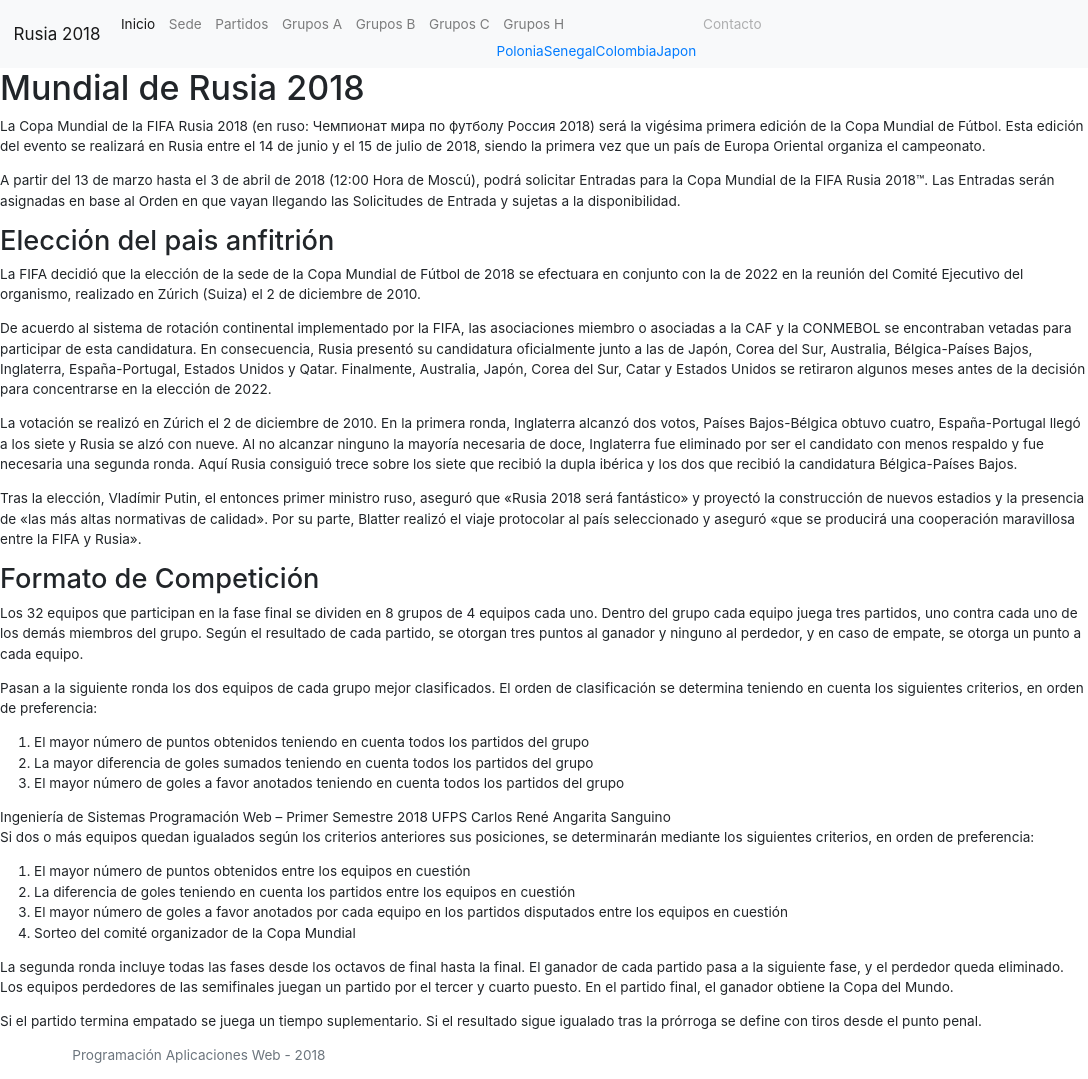
Repository: AndreyRi13/PracticaBootstrap
Page: index.html
An editor plug-in stored every save of this project. The page is shown before and after a run of saves, followed by the edit.
The browser window is 1280 px wide. The pictures show the whole page, at 85% of full size.

Above is the page before, as saved 2020-09-24 16:35:50.
Console error (its wording comes from the project's code and is left out).

### index.html
<!DOCTYPE html>
<html lang="en">
<head>
    <meta charset="UTF-8">
    <meta name="viewport" content="width=device-width, initial-scale=1.0">
    <link rel="stylesheet" href="https://stackpath.bootstrapcdn.com/bootstrap/4.5.2/css/bootstrap.min.css" integrity="sha384-JcKb8q3iqJ61gNV9KGb8thSsNjpSL0n8PARn9HuZOnIxN0hoP+VmmDGMN5t9UJ0Z" crossorigin="anonymous">
   <link rel="stylesheet" href="https://stackpath.bootstrapcdn.com/bootstrap/4.5.2/css/bootstrap.min.css" integrity="sha384-JcKb8q3iqJ61gNV9KGb8thSsNjpSL0n8PARn9HuZOnIxN0hoP+VmmDGMN5t9UJ0Z" crossorigin="anonymous">
   <link rel="stylesheet" href="https://stackpath.bootstrapcdn.com/bootstrap/4.5.2/css/bootstrap.min.css" integrity="sha384-JcKb8q3iqJ61gNV9KGb8thSsNjpSL0n8PARn9HuZOnIxN0hoP+VmmDGMN5t9UJ0Z" crossorigin="anonymous">
   <script src="https://stackpath.bootstrapcdn.com/bootstrap/4.5.2/js/bootstrap.min.js" integrity="sha384-B4gt1jrGC7Jh4AgTPSdUtOBvfO8shuf57BaghqFfPlYxofvL8/KUEfYiJOMMV+rV" crossorigin="anonymous"></script>
   <script src="https://code.jquery.com/jquery-3.5.1.slim.min.js" integrity="sha384-DfXdz2htPH0lsSSs5nCTpuj/zy4C+OGpamoFVy38MVBnE+IbbVYUew+OrCXaRkfj" crossorigin="anonymous"></script>
<script src="https://cdn.jsdelivr.net/npm/popper.js@1.16.1/dist/umd/popper.min.js" integrity="sha384-9/reFTGAW83EW2RDu2S0VKaIzap3H66lZH81PoYlFhbGU+6BZp6G7niu735Sk7lN" crossorigin="anonymous"></script>

<script src="https://ajax.googleapis.com/ajax/libs/jquery/1.12.4/jquery.min.js"></script>
<title>Practica Bootstrap</title>
</head>
<body>

    <nav class="navbar navbar-expand-lg navbar-light bg-light">
        <a class="navbar-brand" href="#">Rusia 2018</a>
        <button class="navbar-toggler" type="button" data-toggle="collapse" data-target="#navbarNav" aria-controls="navbarNav" aria-expanded="false" aria-label="Toggle navigation">
          <span class="navbar-toggler-icon"></span>
        </button>
        <div class="collapse navbar-collapse" id="navbarNav">
          <ul class="navbar-nav">
            <li class="nav-item active">
              <a class="nav-link" href="#">Inicio <span class="sr-only">(current)</span></a>
            </li>
            <li class="nav-item">
              <a class="nav-link" href="#">Sede</a>
            </li>
            <li class="nav-item">
              <a class="nav-link" href="#">Partidos</a>
            </li>
            <li class="nav-item"><a class="nav-link" href="#">Grupos A</a></li>
            <li class="nav-item"><a class="nav-link" href="#">Grupos B</a></li>
            <li class="nav-item"><a class="nav-link" href="#">Grupos C</a></li>
            <li class="nav-item"><a class="nav-link" href="#" class="">Grupos H</a>

                <ul class="navbar-nav">
                    <li class="nav-item"><a href="#">Polonia</a></li>
                    <li class="nav-item"><a href="#">Senegal</a></li>
                    <li class="nav-item"><a href="#">Colombia</a></li>
                    <li class="nav-item"><a href="#">Japon</a></li>

                </ul>
            </li>
            <li class="nav-item">
              <a class="nav-link disabled" href="#" tabindex="-1" aria-disabled="true">Contacto</a>
            </li>
          </ul>
        </div>
      </nav>

        <script src="https://ajax.googleapis.com/ajax/libs/jquery/1.12.4/jquery.min.js"></script>

        <div class="page-header">
        <h1>Mundial de Rusia 2018</h1>
        </div>

        <div>
        <p>La Copa Mundial de la FIFA Rusia 2018 (en ruso: Чемпионат мира по футболу Россия
        2018) será la vigésima primera edición de la Copa Mundial de Fútbol. Esta edición del evento se
        realizará en Rusia entre el 14 de junio y el 15 de julio de 2018, siendo la primera vez que un país de
        Europa Oriental organiza el campeonato.</p>
        <p>A partir del 13 de marzo hasta el 3 de abril de 2018 (12:00 Hora de Moscú), podrá solicitar
        Entradas para la Copa Mundial de la FIFA Rusia 2018™. Las Entradas serán asignadas en base al
        Orden en que vayan llegando las Solicitudes de Entrada y sujetas a la disponibilidad.</p>
        <h2>Elección del pais anfitrión</h2>
        <p>La FIFA decidió que la elección de la sede de la Copa Mundial de Fútbol de 2018 se
        efectuara en conjunto con la de 2022 en la reunión del Comité Ejecutivo del organismo, realizado en
        Zúrich (Suiza) el 2 de diciembre de 2010.</p>
        <p>De acuerdo al sistema de rotación continental implementado por la FIFA, las asociaciones
        miembro o asociadas a la CAF y la CONMEBOL se encontraban vetadas para participar de esta
        candidatura. En consecuencia, Rusia presentó su candidatura oficialmente junto a las de Japón, Corea
        del Sur, Australia, Bélgica-Países Bajos, Inglaterra, España-Portugal, Estados Unidos y Qatar.
        Finalmente, Australia, Japón, Corea del Sur, Catar y Estados Unidos se retiraron algunos meses antes
        de la decisión para concentrarse en la elección de 2022.</p>
        <p>La votación se realizó en Zúrich el 2 de diciembre de 2010. En la primera ronda, Inglaterra
        alcanzó dos votos, Países Bajos-Bélgica obtuvo cuatro, España-Portugal llegó a los siete y Rusia se
        alzó con nueve. Al no alcanzar ninguno la mayoría necesaria de doce, Inglaterra fue eliminado por ser
        el candidato con menos respaldo y fue necesaria una segunda ronda. Aquí Rusia consiguió trece
        sobre los siete que recibió la dupla ibérica y los dos que recibió la candidatura Bélgica-Países
        Bajos.</p>
        <p>Tras la elección, Vladímir Putin, el entonces primer ministro ruso, aseguró que «Rusia
        2018 será fantástico» y proyectó la construcción de nuevos estadios y la presencia de «las más altas
        normativas de calidad». Por su parte, Blatter realizó el viaje protocolar al país seleccionado y aseguró
        «que se producirá una cooperación maravillosa entre la FIFA y Rusia».</p>
        <h2>Formato de Competición</h2>
        <p>Los 32 equipos que participan en la fase final se dividen en 8 grupos de 4 equipos cada
        uno. Dentro del grupo cada equipo juega tres partidos, uno contra cada uno de los demás miembros
        del grupo. Según el resultado de cada partido, se otorgan tres puntos al ganador y ninguno al
        perdedor, y en caso de empate, se otorga un punto a cada equipo.</p>
        <p>Pasan a la siguiente ronda los dos equipos de cada grupo mejor clasificados. El orden de
        clasificación se determina teniendo en cuenta los siguientes criterios, en orden de preferencia:</p>
        <ol>
        <li>El mayor número de puntos obtenidos teniendo en cuenta todos los partidos del
        grupo</li>
        <li>La mayor diferencia de goles sumados teniendo en cuenta todos los partidos del
        grupo</li>
        <li>El mayor número de goles a favor anotados teniendo en cuenta todos los partidos
        del grupo</li>
        </ol>
        Ingeniería de Sistemas Programación Web – Primer Semestre 2018
        UFPS
        Carlos René Angarita Sanguino
        <p>Si dos o más equipos quedan igualados según los criterios anteriores sus posiciones, se
        determinarán mediante los siguientes criterios, en orden de preferencia:</p>
        <ol>
        <li>El mayor número de puntos obtenidos entre los equipos en cuestión</li>
        <li>La diferencia de goles teniendo en cuenta los partidos entre los equipos en
        cuestión</li>
        <li>El mayor número de goles a favor anotados por cada equipo en los partidos
        disputados entre los equipos en cuestión</li>
        <li>Sorteo del comité organizador de la Copa Mundial</li>
        </ol>
        <p>La segunda ronda incluye todas las fases desde los octavos de final hasta la final. El
        ganador de cada partido pasa a la siguiente fase, y el perdedor queda eliminado. Los equipos
        perdedores de las semifinales juegan un partido por el tercer y cuarto puesto. En el partido final, el
        ganador obtiene la Copa del Mundo.</p>
        <p>Si el partido termina empatado se juega un tiempo suplementario. Si el resultado sigue
        igualado tras la prórroga se define con tiros desde el punto penal.</p>
        </div>
        <footer class="footer">
            <div class="container">
                <p class="text-muted">Programación Aplicaciones Web - 2018</p>
            </div>
        </footer>
        <script src="https://code.jquery.com/jquery-3.5.1.slim.min.js" integrity="sha384-DfXdz2htPH0lsSSs5nCTpuj/zy4C+OGpamoFVy38MVBnE+IbbVYUew+OrCXaRkfj" crossorigin="anonymous"></script>
        <script src="https://cdn.jsdelivr.net/npm/popper.js@1.16.1/dist/umd/popper.min.js" integrity="sha384-9/reFTGAW83EW2RDu2S0VKaIzap3H66lZH81PoYlFhbGU+6BZp6G7niu735Sk7lN" crossorigin="anonymous"></script>
        <script src="https://stackpath.bootstrapcdn.com/bootstrap/4.5.2/js/bootstrap.min.js" integrity="sha384-B4gt1jrGC7Jh4AgTPSdUtOBvfO8shuf57BaghqFfPlYxofvL8/KUEfYiJOMMV+rV" crossorigin="anonymous"></script>

</body>


</html>

After the next 4 saves:
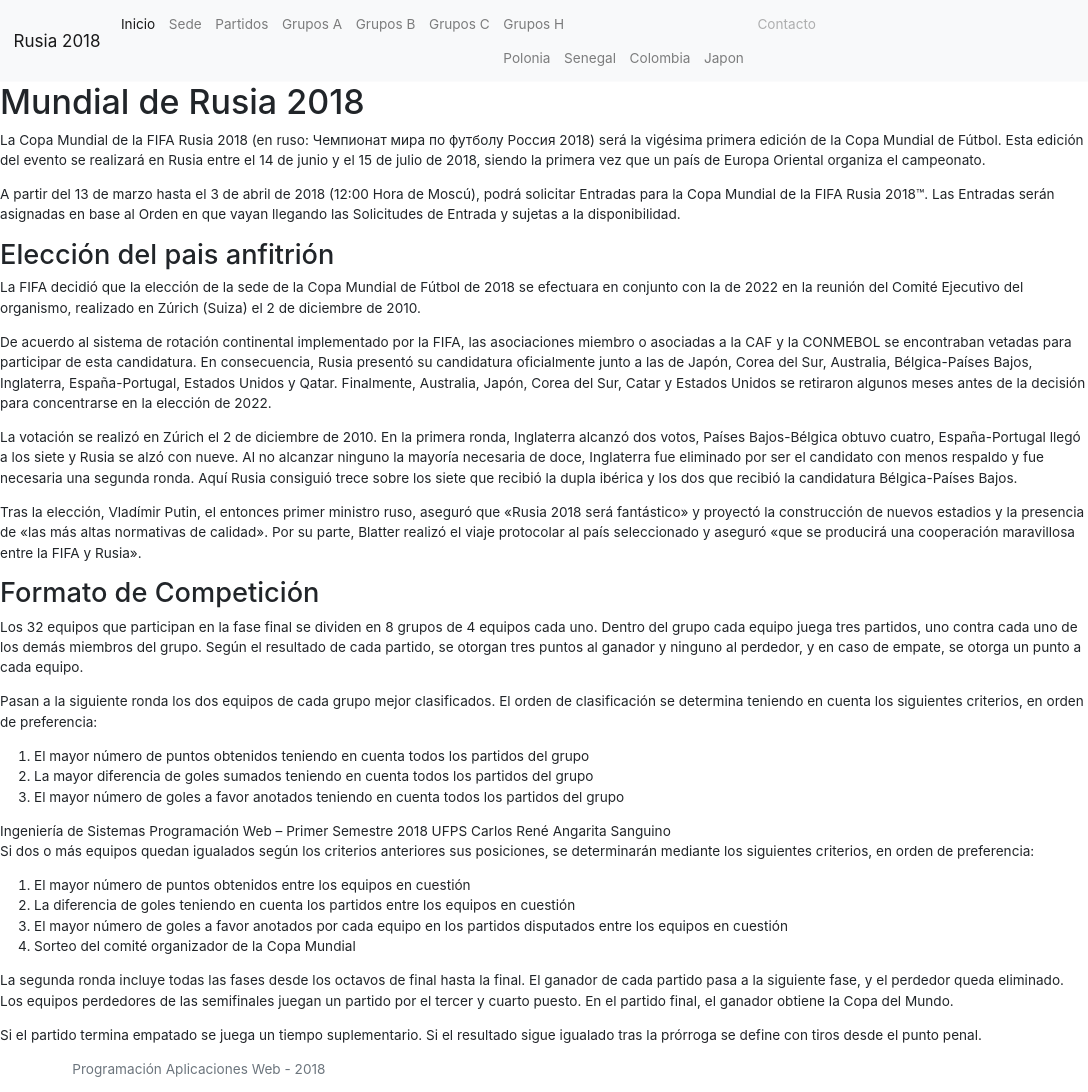
The 4 saves are shown as one change because they came seconds apart.
The last was saved 15 s later.
--- a/index.html
+++ b/index.html
@@ -37,10 +37,10 @@
             <li class="nav-item"><a class="nav-link" href="#" class="">Grupos H</a>
 
                 <ul class="navbar-nav">
-                    <li class="nav-item"><a href="#">Polonia</a></li>
-                    <li class="nav-item"><a href="#">Senegal</a></li>
-                    <li class="nav-item"><a href="#">Colombia</a></li>
-                    <li class="nav-item"><a href="#">Japon</a></li>
+                    <li class="nav-item"><a class="nav-link" href="#">Polonia</a></li>
+                    <li class="nav-item"><a class="nav-link" href="#">Senegal</a></li>
+                    <li class="nav-item"><a class="nav-link" href="#">Colombia</a></li>
+                    <li class="nav-item"><a class="nav-link" href="#">Japon</a></li>
 
                 </ul>
             </li>
